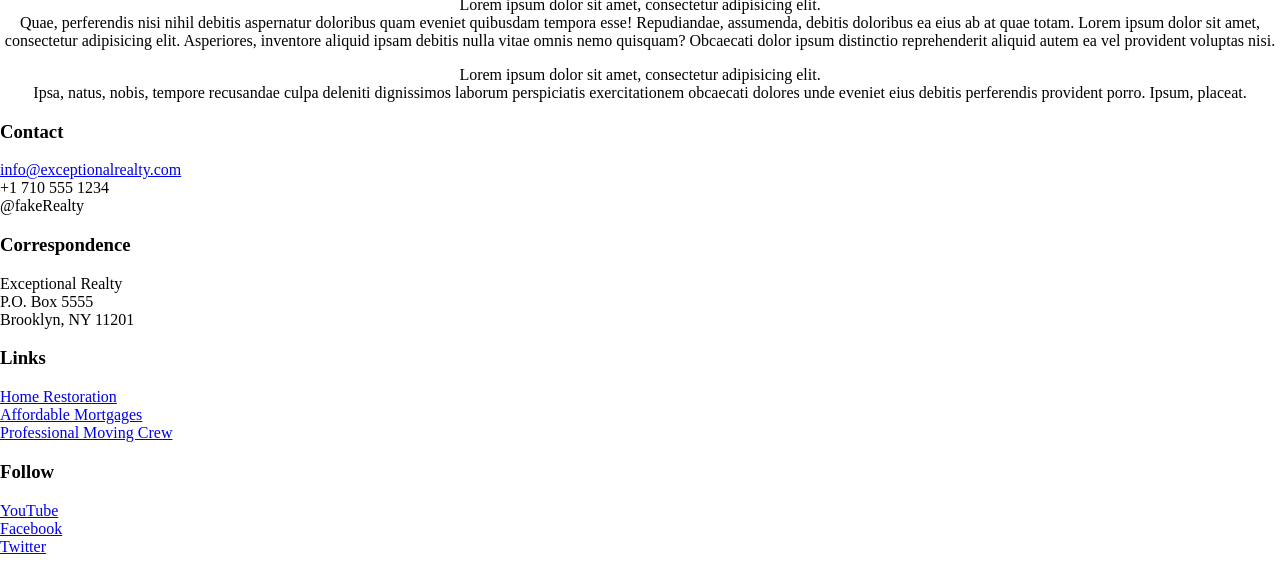
Repository: peterclermy232/phase-0-css-fundamentals-lab
Page: index.html
These files come from the project's save history. The page is drawn as it stood at one moment and after the next save; the edit follows.
The browser window is 1280 px wide. The pictures show the part of the page from y = 456 to 1046 px (the page is 1028 px tall before and 1046 px after).
A picture or video elsewhere on the page could not be fetched, so the positions and the page height are approximate.

Above is the page before, as saved 2022-05-29 19:38:10.

### index.html
<!DOCTYPE html>
<html lang="en">
  <head>
    <meta charset="UTF-8">
    <title>Exceptional Realty Group - Luxury Homes - About</title>
    <!-- Don't forget to link your CSS file! -->
    <link rel="stylesheet" href="./style.css">
  </head>
  <body>
    <header>
      <!-- logo -->
      <h1>Exceptional Realty Group</h1>

      <nav>
        <a href="index.html">About</a>
        <a href="new-properties.html">New Properties</a>
        <a href="real-estate-listings.html">Listings</a>
        <a href="market-report.html">Market Report</a>
        <a href="contact.html">Contact</a>
        <a href="http://hud.gov" target="_blank">H.U.D.</a>
      </nav>
    </header>

    <section id="featured-property">
      <figure>
        <img src="images/intro-pic.jpg" alt="A beautiful living room." title="Welcome to Exceptional Realty Group">
        <figcaption>345 Carl Street Apt 12, Carrol Rd. Brooklyn, NY - Photo by Denise Richards.</figcaption>
      </figure>

      <p class="text">Lorem ipsum dolor sit amet, consectetur adipisicing elit.<br> Quae, perferendis nisi nihil debitis aspernatur doloribus quam eveniet quibusdam tempora esse! Repudiandae, assumenda, debitis doloribus ea eius ab at quae totam. Lorem ipsum dolor sit amet, consectetur adipisicing elit. Asperiores, inventore aliquid ipsam debitis nulla vitae omnis nemo quisquam? Obcaecati dolor ipsum distinctio reprehenderit aliquid autem ea vel provident voluptas nisi.</p>
      <p class="text">Lorem ipsum dolor sit amet, consectetur adipisicing elit. <br>Ipsa, natus, nobis, tempore recusandae culpa deleniti dignissimos laborum perspiciatis exercitationem obcaecati dolores unde eveniet eius debitis perferendis provident porro. Ipsum, placeat.</p>
    </section>

    <section id="details">
      <div>
        <h3>Contact</h3>
        <p>
          <a href="mailto:info@exceptionalrealty.com">info@exceptionalrealty.com</a><br>
          +1 710 555 1234<br>
          @fakeRealty
        </p>
      </div>

      <div>
        <h3>Correspondence</h3>
        <p>
          Exceptional Realty<br>
          P.O. Box 5555<br>
          Brooklyn, NY 11201
        </p>
      </div>

      <div>
        <h3>Links</h3>
        <p>
          <a href="#" target="_blank">Home Restoration</a><br>
          <a href="#" target="_blank">Affordable Mortgages</a><br>
          <a href="#" target="_blank">Professional Moving Crew</a>
        </p>
      </div>

      <div>
        <h3>Follow</h3>
        <p>
          <a href="#" target="_blank">YouTube</a><br>
          <a href="#" target="_blank">Facebook</a><br>
          <a href="#" target="_blank">Twitter</a>
        </p>
      </div>
    </section>
  </body>
</html>

### style.css
body {
  width: 100%;
  height: 100%;
  margin: 0;
}

h1{
  text-align: center;

}
nav{
  text-align: center;
}
figure{
  text-align: center;
}
.text{
  text-align: center;
}

After the next save:
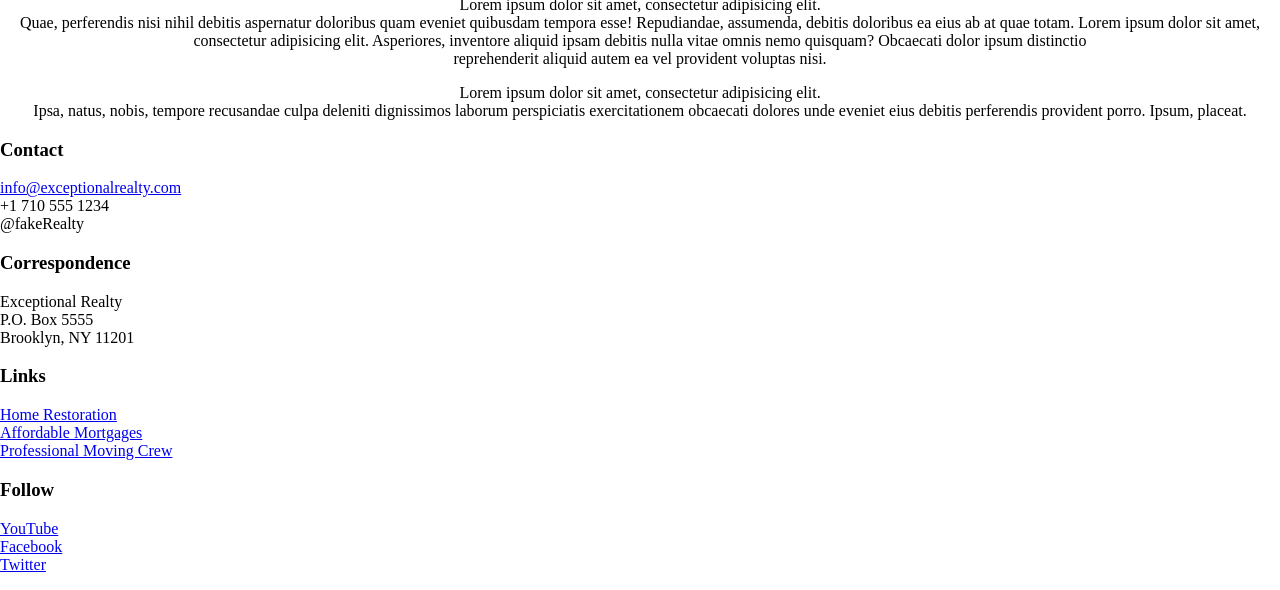
Saved 18 s later.
--- a/index.html
+++ b/index.html
@@ -27,7 +27,7 @@
         <figcaption>345 Carl Street Apt 12, Carrol Rd. Brooklyn, NY - Photo by Denise Richards.</figcaption>
       </figure>
 
-      <p class="text">Lorem ipsum dolor sit amet, consectetur adipisicing elit.<br> Quae, perferendis nisi nihil debitis aspernatur doloribus quam eveniet quibusdam tempora esse! Repudiandae, assumenda, debitis doloribus ea eius ab at quae totam. Lorem ipsum dolor sit amet, consectetur adipisicing elit. Asperiores, inventore aliquid ipsam debitis nulla vitae omnis nemo quisquam? Obcaecati dolor ipsum distinctio reprehenderit aliquid autem ea vel provident voluptas nisi.</p>
+      <p class="text">Lorem ipsum dolor sit amet, consectetur adipisicing elit.<br> Quae, perferendis nisi nihil debitis aspernatur doloribus quam eveniet quibusdam tempora esse! Repudiandae, assumenda, debitis doloribus ea eius ab at quae totam. Lorem ipsum dolor sit amet, consectetur adipisicing elit. Asperiores, inventore aliquid ipsam debitis nulla vitae omnis nemo quisquam? Obcaecati dolor ipsum distinctio<br> reprehenderit aliquid autem ea vel provident voluptas nisi.</p>
       <p class="text">Lorem ipsum dolor sit amet, consectetur adipisicing elit. <br>Ipsa, natus, nobis, tempore recusandae culpa deleniti dignissimos laborum perspiciatis exercitationem obcaecati dolores unde eveniet eius debitis perferendis provident porro. Ipsum, placeat.</p>
     </section>
 
